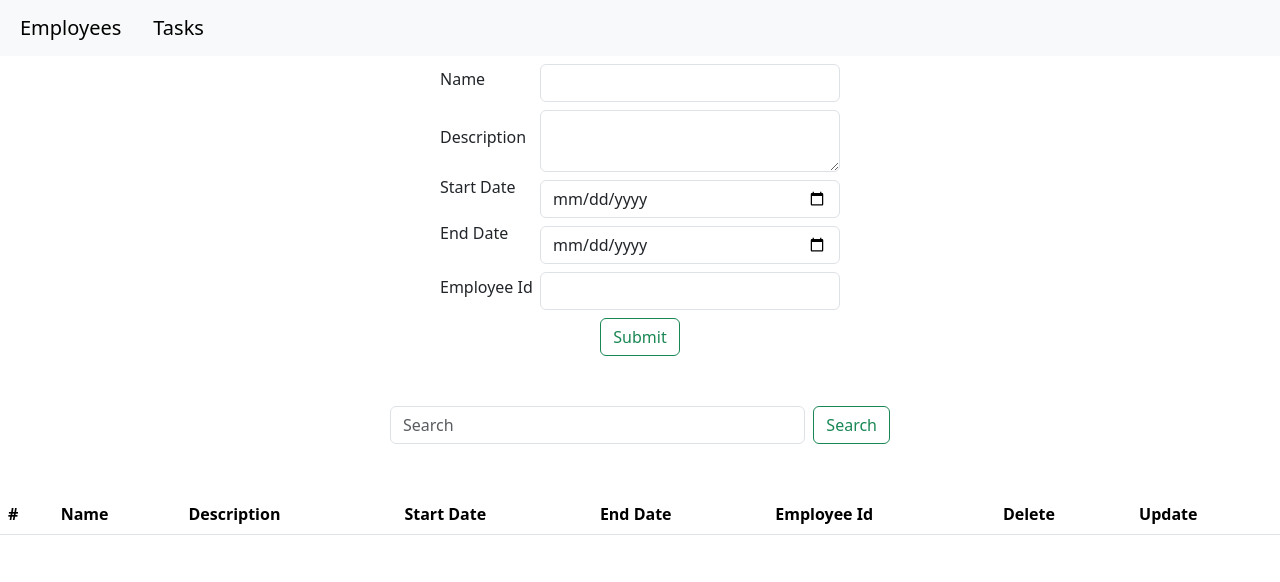
Repository: RaffiBarseghyan/employees
Page: /tasks
An editor plug-in stored every save of this project. The page is shown before and after a run of saves, followed by the edit.
The browser window is 1280 px wide. The pictures show the whole page.
The page's requests for data from a server got no answer. The project was rebuilt for these pictures with package versions that can differ from the ones it lists, and the page was loaded fresh each time. Some packages were replaced by stand-ins written for this rebuild. No one was signed in, and anything a server would have sent is missing. Also part of the build but not shown: src/App.css, src/Pages/Employees/employees.module.scss, src/Pages/UpDel/upDel.module.scss, src/Pages/UpDel/delete.jsx, src/Pages/Employees/employees.jsx, src/Pages/UpDel/update.jsx, src/Pages/UpDel/updateTask.jsx.

Above is the page before, as saved 2023-06-16 01:30:30.

### src/App.jsx
import "./App.css";
import Header from "./Pages/Header/header";
import { BrowserRouter, Routes, Route } from "react-router-dom";
import "bootstrap/dist/css/bootstrap.css";
import Employees from "./Pages/Employees/employees";
import Tasks from "./Pages/Tasks/tasks";
import Update from "./Pages/UpDel/update";
import UpdateTask from "./Pages/UpDel/updateTask";

function App() {
  return (
    <>
      <BrowserRouter>
        <Header />

        <Routes>
          <Route path="/employees" element={<Employees />} />

          <Route path="/tasks" element={<Tasks />} />
          <Route path="/update" element={<Update />} />
          <Route path="/updateTask" element={<UpdateTask />} />
        </Routes>
      </BrowserRouter>
    </>
  );
}

export default App;

### src/Pages/Header/header.jsx
import { Link } from "react-router-dom";
import style from "./header.module.scss";

function Header() {
  return (
    <>
      <nav className="navbar navbar-expand bg-body-tertiary">
        <div className="container-fluid">
          <div className="collapse navbar-collapse">
            <ul className="navbar-nav  mb-2 mb-lg-0 d-flex justify-content-center">
              <li className="nav-item">
                <Link
                  className={`nav-link navbar-brand active ${style.linkStyle}`}
                  to="/employees"
                >
                  Employees
                </Link>
              </li>
              <li className="nav-item">
                <Link

                  className={`nav-link navbar-brand ${style.linkStyle}`}
                  to="/tasks"
                >
                  Tasks
                </Link>
              </li>
            </ul>
          </div>
        </div>
      </nav>
    </>
  );
}

export default Header;

### src/Pages/Tasks/tasks.jsx
import axios from "axios";
import style from "./tasks.module.scss";
import { useEffect, useState } from "react";
import Delete from "../UpDel/delete";
import { Link } from "react-router-dom";

function Tasks() {
  const [data, setdata] = useState([]);
  const [data2, setdata2] = useState([]);
  const [employeeId, setemployeeId] = useState("");
  const [search, setsearch] = useState("");

  useEffect(() => {
    axios
      .get(`https://rocky-temple-83495.herokuapp.com/employees`)
      .then((res) => {
        const persons = res.data;
        setdata(persons);
      });
  }, []);

  useEffect(() => {
    axios.get(`https://rocky-temple-83495.herokuapp.com/tasks`).then((res) => {
      const persons = res.data;
      setdata2(persons);
    });
  }, []);

  const employeeIdChange = (e) => {
    setemployeeId(e.target.value);
  };

  const searchval = (e) => {
    setsearch(e.target.value);
  };

  const formClk = () => {
    window.location.reload();
  };

  const searchChange = () => {
    axios
      .get(`https://rocky-temple-83495.herokuapp.com/tasks?name_like=${search}`)
      .then((res) => {
        const persons = res.data;
        if (persons.length == 0) {
          axios
            .get(
              `https://rocky-temple-83495.herokuapp.com/tasks?description_like=${search}`
            )
            .then((res) => {
              const persons = res.data;
              if (persons.length == 0) {
                axios
                  .get(
                    `https://rocky-temple-83495.herokuapp.com/tasks?startDate=${search}`
                  )
                  .then((res) => {
                    const persons = res.data;
                    if (persons.length == 0) {
                      axios
                        .get(
                          `https://rocky-temple-83495.herokuapp.com/tasks?endDate=${search}`
                        )
                        .then((res) => {
                          const persons = res.data;
                          setdata2(persons);
                        });
                    } else {
                      setdata2(persons);
                    }
                  });
              } else {
                setdata2(persons);
              }
            });
        } else {
          setdata2(persons);
        }
      });
  };

  return (
    <>
      <iframe
        name="dummyframe"
        id="dummyframe"
        style={{ display: "none" }}
      ></iframe>

      <form
        action="https://rocky-temple-83495.herokuapp.com/tasks"
        method="post"
        target="dummyframe"
        className={`${style.employeeForm} container`}
      >
        <label htmlFor="name">
          Name
          <input
            className="form-control mt-2 "
            type="text"
            id="name"
            name="name"
          />
        </label>
        <label htmlFor="description">
          Description
          <textarea
            name="description"
            id="description"
            className="form-control mt-2"
          ></textarea>
        </label>
        <label htmlFor="startDate">
          <p>Start Date </p>
          <input
            className="form-control mt-2"
            type="date"
            id="startDate"
            name="startDate"
            placeholder="startDate"
          />
        </label>
        <label htmlFor="endDate">
          <p> End Date</p>
          <input
            className="form-control mt-2"
            type="date"
            id="endDate"
            name="endDate"
            placeholder="endDate"
          />
        </label>
        <label htmlFor="employeeId">
          Employee Id
          <select
            name="employeeId"
            id="employeeId"
            placeholder="employeeId"
            className="form-control mt-2"
            value={employeeId}
            onChange={employeeIdChange}
          >
            {data.map((item) => {
              return (
                <option
                  key={item.id}
                  name="employeeId"
                  id="employeeId"
                  value={item.id}
                >
                  {item.id}
                </option>
              );
            })}
          </select>
        </label>

        <input
          className="btn btn-outline-success mt-2"
          type="submit"
          value="Submit"
          onClick={formClk}
        />
      </form>
      <div className="d-flex" role="search" style={{ width: "500px", margin:"auto" , marginTop:"50px", marginBottom:"50px" }}>
        <input
          className="form-control me-2"
          type="search"
          placeholder="Search"
          aria-label="Search"
          value={search}
          onChange={searchval}
        />
        <button
          className="btn btn-outline-success"
          type="submit"
          onClick={searchChange}
        >
          Search
        </button>
      </div>
      <table className="table">
        <thead>
          <tr>
            <th scope="col">#</th>
            <th scope="col">Name</th>
            <th scope="col">Description</th>
            <th scope="col">Start Date</th>
            <th scope="col">End Date</th>
            <th scope="col">Employee Id</th>
            <th scope="col">Delete</th>
            <th scope="col">Update</th>
          </tr>
        </thead>
        <tbody>
          {data2.map((item) => {
            return (
              <tr key={item.id} className={`${style.employees} `}>
                <th scope="row">{item.id}</th>
                <td>{item.name}</td>
                <td>{item.description}</td>
                <td>{item.startDate}</td>
                <th>{item.endDate}</th>
                <th>{item.employeeId}</th>

                <th>
                  <Delete
                    id={item.id}
                    url={"https://rocky-temple-83495.herokuapp.com/tasks"}
                  />
                </th>
                <th>
                  <Link to="/updateTask" state={{ from: item }}>
                    <button
                      className={`${style.basketButtonDe} btn btn-success `}
                    >
                      Update
                    </button>
                  </Link>
                </th>
              </tr>
            );
          })}
        </tbody>
      </table>
    </>
  );
}

export default Tasks;

### src/Pages/Tasks/tasks.module.scss
.employeeForm {
  width: 500px;
  display: flex;
  flex-direction: column;
  align-items: center;
  > label {
    width: 400px;
    display: flex;
    align-items: center;
    flex-direction: row;
    > input,
    textarea,
    select {
      width: 300px;
      margin-left: auto;
    }
  }
}

Loaded but not shown: src/index.js (common file); src/index.css (common file); src/reportWebVitals.js (common file); src/Pages/Header/header.module.scss (no stored copy; drawn as an empty file)

After the next 2 saves:
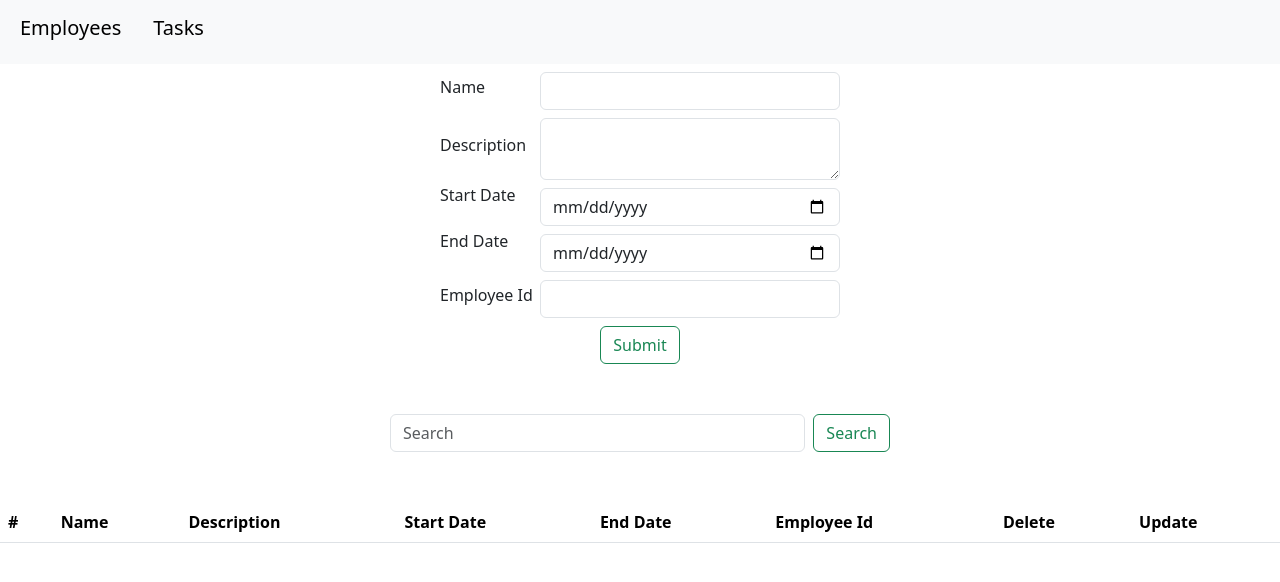
The 2 saves are shown as one change because they came seconds apart.
The last was saved 11 s later.
--- a/src/Pages/Header/header.jsx
+++ b/src/Pages/Header/header.jsx
@@ -7,7 +7,7 @@ function Header() {
       <nav className="navbar navbar-expand bg-body-tertiary">
         <div className="container-fluid">
           <div className="collapse navbar-collapse">
-            <ul className="navbar-nav  mb-2 mb-lg-0 d-flex justify-content-center">
+            <ul className="navbar-nav  mb-2 d-flex justify-content-center">
               <li className="nav-item">
                 <Link
                   className={`nav-link navbar-brand active ${style.linkStyle}`}
